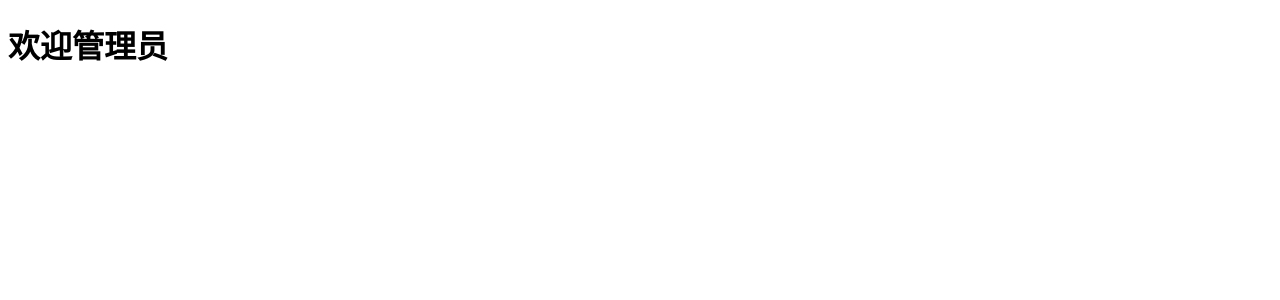
Repository: EthanZmr/myCode
Page: http://localhost/filter_demo/admin/a.jsp
These files come from the project's save history. The page is drawn as it stood at one moment and after the next save; the edit follows.
The browser window is 1280 px wide. The pictures show the whole page.
The page is served by Tomcat 9. Other server files are loaded and not shown.

Above is the page before, as saved 2018-12-19 20:01:24.

### filter_demo/WebContent/admin/a.jsp
<%@ page language="java" contentType="text/html; charset=UTF-8"
    pageEncoding="UTF-8"%>
<!DOCTYPE html>
<html>
<head>
<meta charset="UTF-8">
<title>Insert title here</title>
</head>
<body>
<h1>欢迎管理员</h1>
</body>
</html>

After the next save:
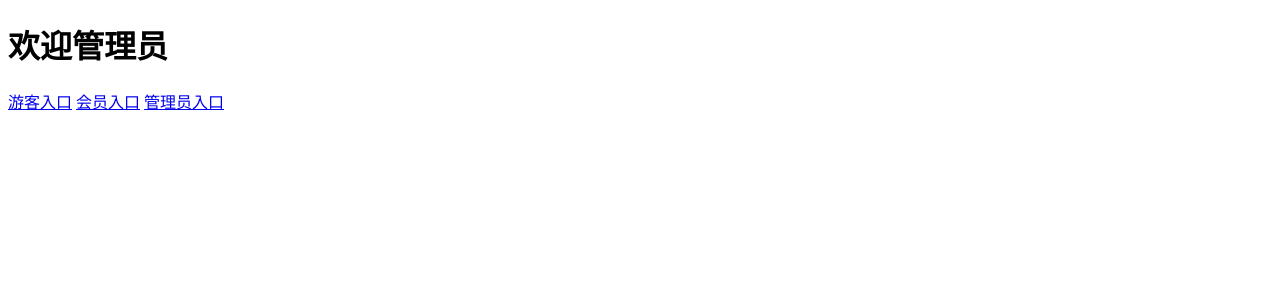
Saved 22 s later.
--- a/filter_demo/WebContent/admin/a.jsp
+++ b/filter_demo/WebContent/admin/a.jsp
@@ -8,5 +8,8 @@
 </head>
 <body>
 <h1>欢迎管理员</h1>
+<a href="<c:url value='/a.jsp'/>">游客入口</a>
+<a href="<c:url value='/users/u.jsp'/>">会员入口</a>
+<a href="<c:url value='/admin/a.jsp'/>">管理员入口</a>
 </body>
 </html>
